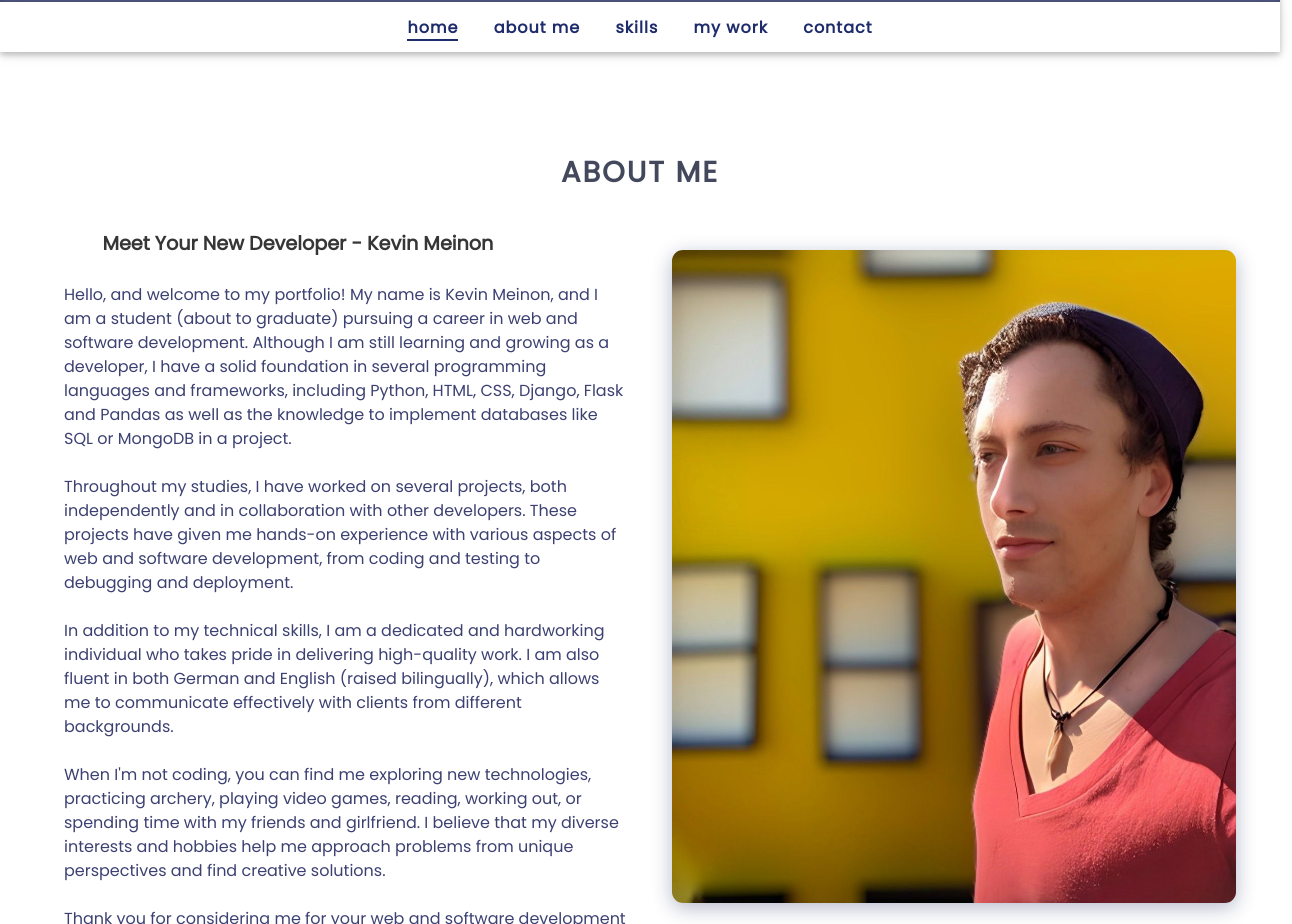
Repository: Krytos/Krytos.github.io
Page: index.html
These files come from the project's save history. The page is drawn as it stood at one moment and after the next save; the edit follows.
The browser window is 1280 px wide. The page is 1292 px wide, so the pictures cover 1292 px, including what lies to the right of the window. The pictures show the part of the page from y = 796 to 1720 px (the page is 4518 px tall).
Pictures or frames that could not be fetched are drawn as grey boxes. Some icons come from a web library that is not loaded, so they are not drawn. Backgrounds fixed to the window are drawn as part of the page. Some web libraries are served in a nearby version.

Above is the page before, as saved 2023-02-25 17:53:49.
Not found: js/showcase.js

After the next save:
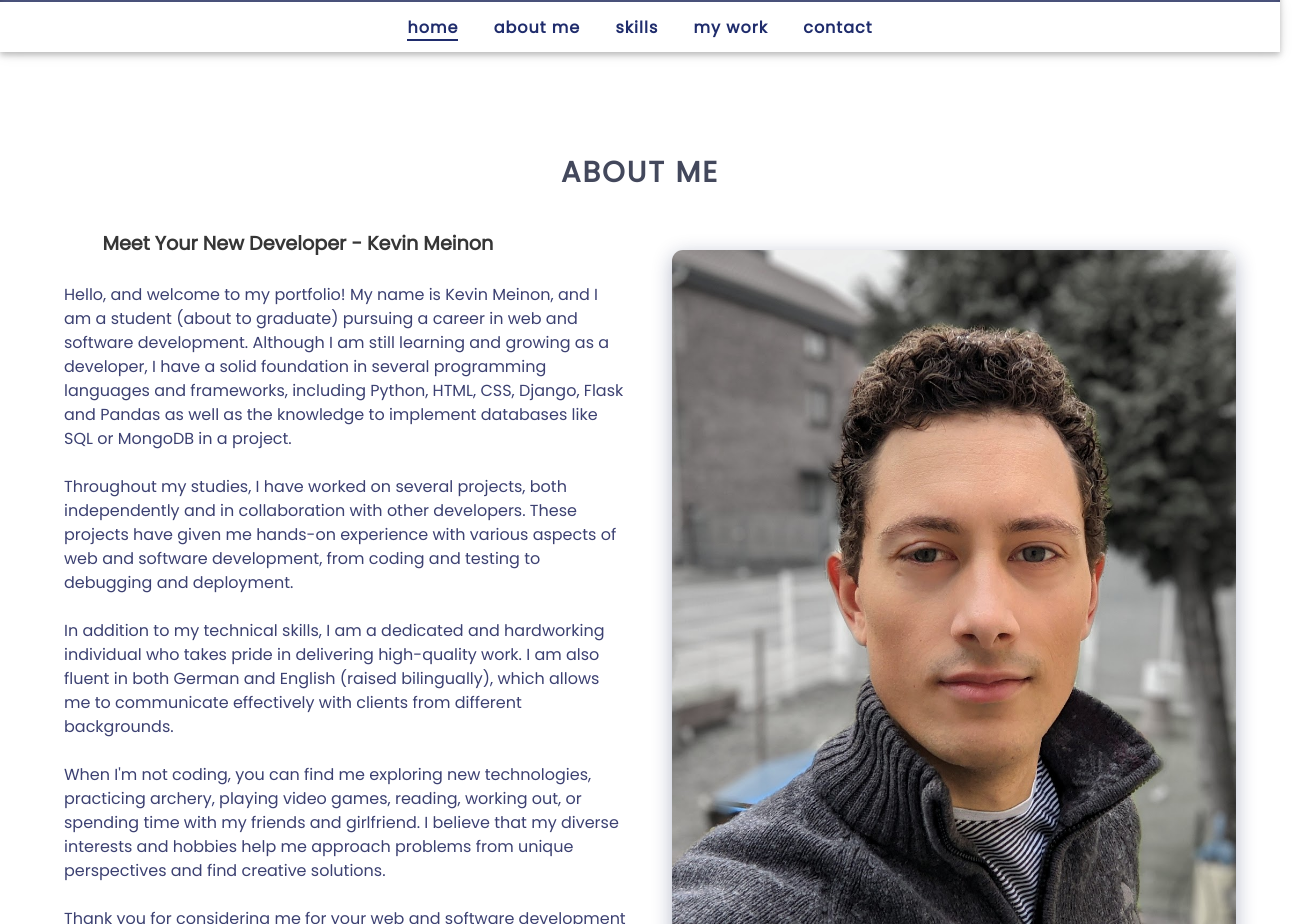
Saved 5 h 47 min later.
--- a/index.html
+++ b/index.html
@@ -208,7 +208,7 @@
             <div class="column is-6 right-image " data-aos="fade-left">
               <img
                 class="is-rounded"
-                src="static/img/me.jpg"
+                src="static/img/me_2.jpg"
                 alt="Image of Kevin Meinon"
               />
             </div>
